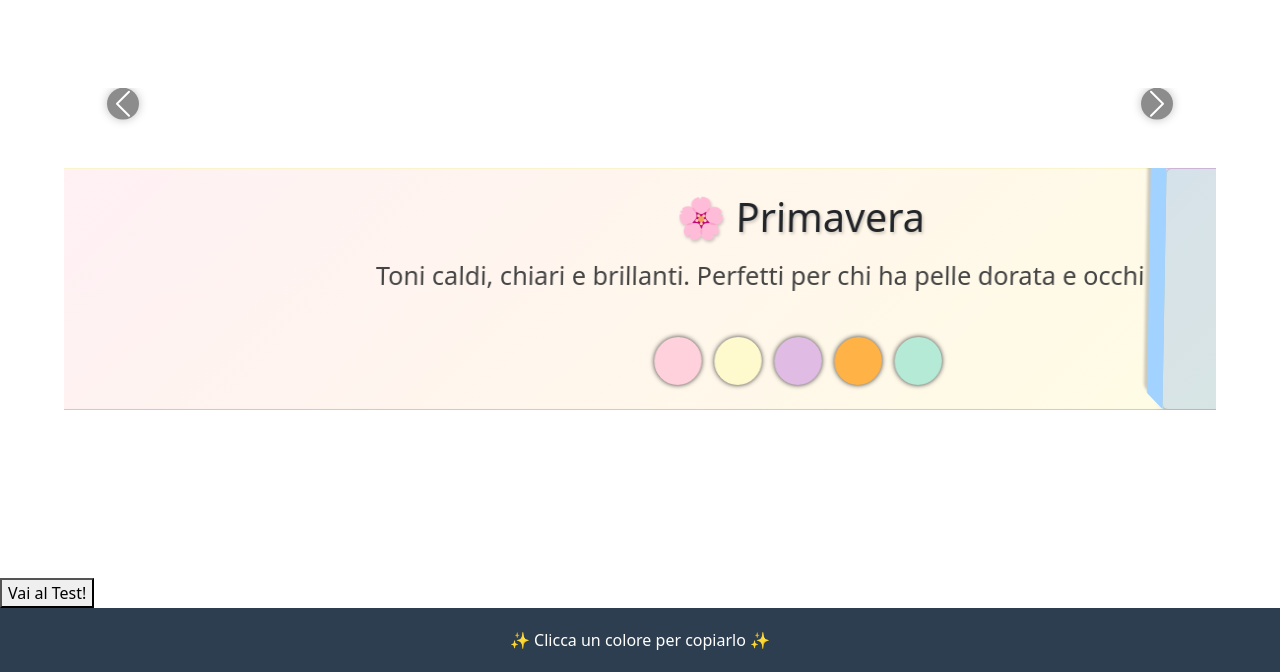
Repository: Probyte5D/Armocromia-website
Page: index.html
An editor plug-in stored every save of this project. The page is shown before and after the next save, followed by the edit.
The browser window is 1280 px wide. The pictures show the part of the page from y = 432 to 1104 px (the page is 1104 px tall).

Above is the page before, as saved 2025-04-18 02:45:11.

After the next save:
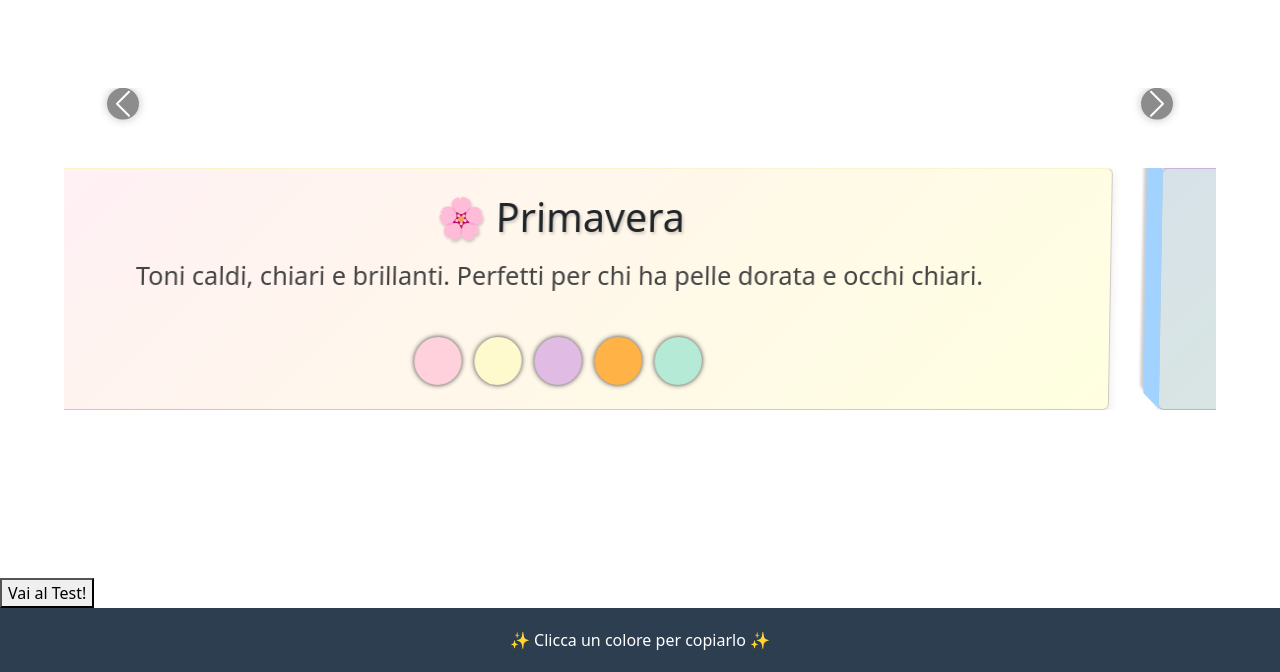
Saved 8 s later.
--- a/style.css
+++ b/style.css
@@ -315,7 +315,7 @@ footer p {
 
 .card {
   position: relative;
-  width: 100rem; /* La card si adatta alla larghezza impostata */
+  width: 70rem; /* La card si adatta alla larghezza impostata */
   padding: 1.5rem;
   background-color: rgba(255, 255, 255, 0.9);
   border-radius: 1rem;
